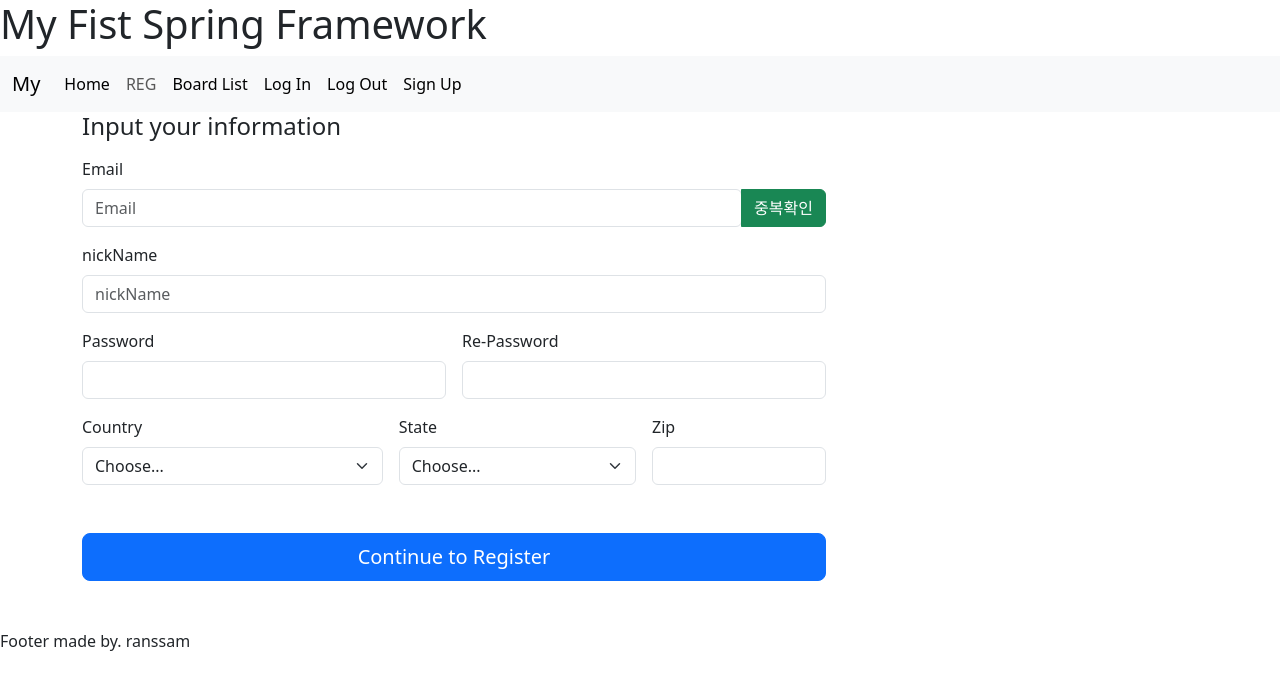
Repository: dhalfks/springSecurityTest
Page: http://localhost/springTest/WEB-INF/views/member/register.jsp
An editor plug-in stored every save of this project. The page is shown before and after the next save, followed by the edit.
The browser window is 1280 px wide. The pictures show the whole page.
The page is served by Tomcat 9. Nobody is signed in. Other server files are loaded and not shown. The template is opened directly, without the code that normally fills it, so the values that code supplies are empty.

Above is the page before, as saved 2023-09-30 06:07:51.

### _spring_workspace/springTest/src/main/webapp/WEB-INF/views/member/register.jsp
<%@ page language="java" contentType="text/html; charset=UTF-8"
    pageEncoding="UTF-8"%>
<%@ taglib prefix="c" uri="http://java.sun.com/jsp/jstl/core"%>
<jsp:include page="../common/header.jsp" />
<jsp:include page="../common/nav.jsp" />

<div class="container">
  <main>
	<!-- 회원등록란 시작 -->
      <div class="col-md-7 col-lg-8">
        <h4 class="mb-3">Input your information</h4>
        <form action="/member/register" method="post">
          <div class="row g-3">

            <div class="col-12">
              <label for="email" class="form-label">Email</label>
              <div class="input-group has-validation">
                <input type="email" class="form-control" name="email"
                id="email" placeholder="Email" required>
                <button type="button" class="btn btn-success"
                id="dupleCheck">중복확인</button>
              </div>
            </div>

            <div class="col-12">
              <label for="nickName" class="form-label">nickName</label>
              <input type="text" class="form-control" name="nickName"
               id="nickName" placeholder="nickName">
            </div>

            <div class="col-sm-6">
              <label for="pwd" class="form-label">Password</label>
              <input type="password" class="form-control" name="pwd"
               id="pwd" placeholder="" value="" required>
            </div>

            <div class="col-sm-6">
              <label for="rpwd" class="form-label">Re-Password</label>
              <input type="password" class="form-control"
              id="rpwd" placeholder="" value="" required>
            </div>

            <div class="col-md-5">
              <label for="country" class="form-label">Country</label>
              <select class="form-select" id="country" required>
                <option value="">Choose...</option>
                <option>United States</option>
              </select>
              <div class="invalid-feedback">
                Please select a valid country.
              </div>
            </div>

            <div class="col-md-4">
              <label for="state" class="form-label">State</label>
              <select class="form-select" id="state" required>
                <option value="">Choose...</option>
                <option>California</option>
              </select>
              <div class="invalid-feedback">
                Please provide a valid state.
              </div>
            </div>

            <div class="col-md-3">
              <label for="zip" class="form-label">Zip</label>
              <input type="text" class="form-control" id="zip" placeholder="" required>
              <div class="invalid-feedback">
                Zip code required.
              </div>
            </div>
          </div>

          <button class="w-100 btn btn-primary btn-lg my-5" type="submit">Continue to Register</button>
        </form>
      </div>
 </main>
</div>
<!-- <script src="/resources/js/member.register.js"></script>
//아이디 중복체크, 비밀번호 확인 포함  -->
<jsp:include page="../common/footer.jsp" />

### _spring_workspace/springTest/src/main/webapp/WEB-INF/views/common/header.jsp
<%@ page language="java" contentType="text/html; charset=UTF-8"
    pageEncoding="UTF-8"%>
    <%@ taglib prefix="c" uri="http://java.sun.com/jsp/jstl/core" %>
<!DOCTYPE html>
<html>
<head>
<meta charset="UTF-8">
<title>Insert title here</title>
<link href="https://cdn.jsdelivr.net/npm/bootstrap@5.3.1/dist/css/bootstrap.min.css" rel="stylesheet" integrity="sha384-4bw+/aepP/YC94hEpVNVgiZdgIC5+VKNBQNGCHeKRQN+PtmoHDEXuppvnDJzQIu9" crossorigin="anonymous">
<script src="https://cdn.jsdelivr.net/npm/bootstrap@5.3.1/dist/js/bootstrap.bundle.min.js" integrity="sha384-HwwvtgBNo3bZJJLYd8oVXjrBZt8cqVSpeBNS5n7C8IVInixGAoxmnlMuBnhbgrkm" crossorigin="anonymous"></script>
</head>
<body>
	<h1>My Fist Spring Framework</h1>

### _spring_workspace/springTest/src/main/webapp/WEB-INF/views/common/nav.jsp
<%@ page language="java" contentType="text/html; charset=UTF-8"
    pageEncoding="UTF-8"%>
<%@ taglib prefix="c" uri="http://java.sun.com/jsp/jstl/core"%>
<%@ taglib prefix="sec" uri="http://www.springframework.org/security/tags" %>
<!-- <header>
<ul>
<a href="/"><li>Home</li></a>
<a href="/board/register"><li>Board REG</li></a>
<li>Board List</li>
<li>Log In</li>
<li>Log Out</li>
<li>Sign Up</li>

</ul>
</header> -->

<nav class="navbar navbar-expand-lg bg-body-tertiary">
  <div class="container-fluid">
    <a class="navbar-brand" href="#">My</a>
    <button class="navbar-toggler" type="button" data-bs-toggle="collapse" data-bs-target="#navbarSupportedContent" aria-controls="navbarSupportedContent" aria-expanded="false" aria-label="Toggle navigation">
      <span class="navbar-toggler-icon"></span>
    </button>
    <div class="collapse navbar-collapse" id="navbarSupportedContent">
      <ul class="navbar-nav me-auto mb-2 mb-lg-0">
        <li class="nav-item">
          <a class="nav-link active" aria-current="page" href="/">Home</a>
        </li>
        <li class="nav-item">
          <a class="nav-link" href="/board/register">REG</a>
        </li>

        <li class="nav-item">
          <a class="nav-link active" href="/board/list" >Board List</a>
        </li>
        <li class="nav-item">
          <a class="nav-link active" href="#" >Log In</a>
        </li>
        <li class="nav-item">
          <a class="nav-link active" href="/board/list" >Log Out</a>
        </li>
        <li class="nav-item">
          <a class="nav-link active" href="/board/list" >Sign Up</a>
        </li>
      </ul>

    </div>
  </div>
</nav>

### _spring_workspace/springTest/src/main/webapp/WEB-INF/views/common/footer.jsp
<%@ page language="java" contentType="text/html; charset=UTF-8"
    pageEncoding="UTF-8"%>

<div>
	<span>Footer made by. ranssam</span>
</div>
</body>
</html>

After the next save:
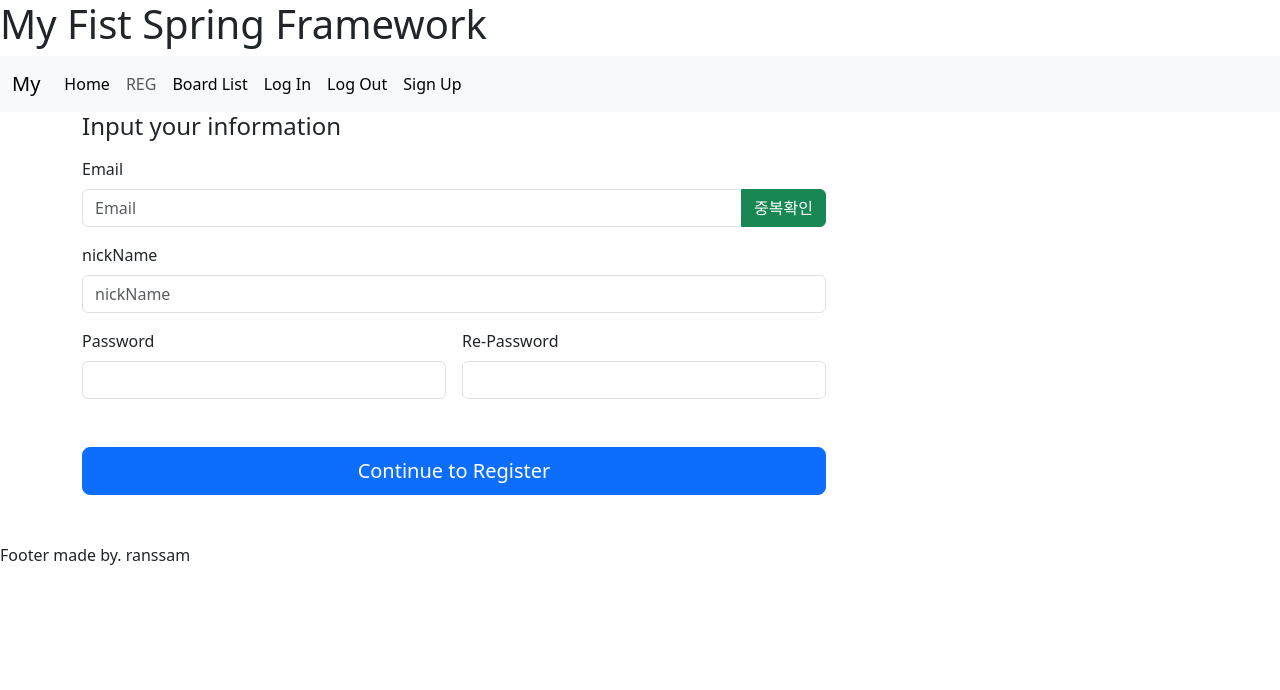
Saved 74 s later.
--- a/_spring_workspace/springTest/src/main/webapp/WEB-INF/views/member/register.jsp
+++ b/_spring_workspace/springTest/src/main/webapp/WEB-INF/views/member/register.jsp
@@ -39,38 +39,7 @@
               <input type="password" class="form-control"
               id="rpwd" placeholder="" value="" required>
             </div>
-
-            <div class="col-md-5">
-              <label for="country" class="form-label">Country</label>
-              <select class="form-select" id="country" required>
-                <option value="">Choose...</option>
-                <option>United States</option>
-              </select>
-              <div class="invalid-feedback">
-                Please select a valid country.
-              </div>
-            </div>
-
-            <div class="col-md-4">
-              <label for="state" class="form-label">State</label>
-              <select class="form-select" id="state" required>
-                <option value="">Choose...</option>
-                <option>California</option>
-              </select>
-              <div class="invalid-feedback">
-                Please provide a valid state.
-              </div>
-            </div>
-
-            <div class="col-md-3">
-              <label for="zip" class="form-label">Zip</label>
-              <input type="text" class="form-control" id="zip" placeholder="" required>
-              <div class="invalid-feedback">
-                Zip code required.
-              </div>
-            </div>
-          </div>
-
+           </div>
           <button class="w-100 btn btn-primary btn-lg my-5" type="submit">Continue to Register</button>
         </form>
       </div>
